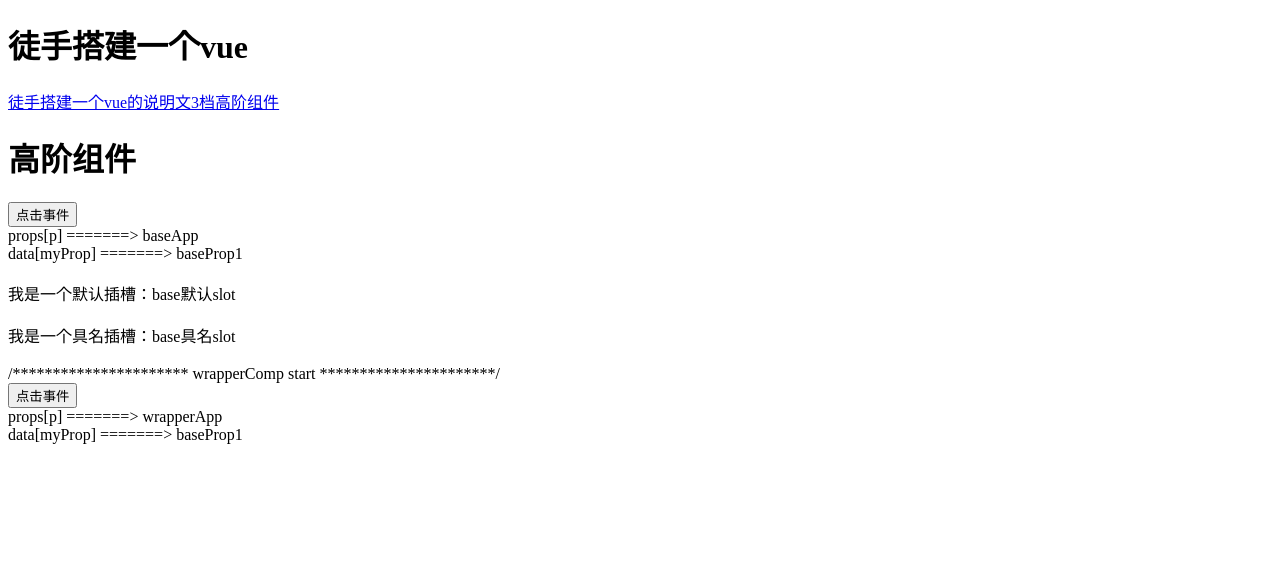
Repository: yuWhy/vue-build-cli
Page: /#/hightOrderComponents
These files come from the project's save history. The page is drawn as it stood at one moment and after the next save; the edit follows.
The browser window is 1280 px wide. The pictures show the whole page.
The project was rebuilt for these pictures with package versions that can differ from the ones it lists, and the page was loaded fresh each time. Also part of the build but not shown: webpack.config.js, src/router/index.js.

Above is the page before, as saved 2021-02-22 10:56:39.

### index.html
<!DOCTYPE html>
<html lang="en">

<head>
  <meta charset="utf-8">
  <meta http-equiv="X-UA-Compatible" content="IE=edge">
  <meta name="viewport" content="width=device-width,initial-scale=1.0">
</head>

<body>
  <div id="app"></div>
</body>

</html>

### src/main.js
import Vue from 'vue'
import App from "./App.vue"
import router from './router/index.js'

new Vue({
  el: '#app',
  router,
  render: h => h(App)
})

### src/App.vue
<template>
  <div id="app">
    <h1>{{msg}}</h1>
    <router-link to="vueBuild">徒手搭建一个vue的说明文3档</router-link>
    <router-link to="hightOrderComponents">高阶组件</router-link>
    <router-view></router-view>
  </div>
</template>

<script>
export default {
  name: 'App',
  data() {
    return {
      msg: '徒手搭建一个vue'
    }
  }
}
</script>

### src/pages/HightOrderComponents/index.vue
<template>
  <div>
    <h1>高阶组件</h1>
    <baseComp @handle-click="handle" p="baseApp">
      <div>我是一个默认插槽：base默认slot</div>
      <template v-slot:sname>
        <div>我是一个具名插槽：base具名slot</div>
      </template>
    </baseComp>
     <br />
    /********************** wrapperComp start **********************/
    <br />
    <wrapperComp @handle-click="handle" p="wrapperApp">
      <div>我是一个默认插槽：wrappe默认slot</div>
      <template v-slot:sname>
        <div>我是一个具名插槽：wrappe具名slot</div>
      </template>
    </wrapperComp>
  </div>
</template>

<script>
import baseComp from './components/baseComp.vue'
import hoc from './components/hoc.js'
const wrapperComp = hoc(baseComp)
export default {
  name: 'hightOrderComponents',
  components: { baseComp, wrapperComp },
  methods: {
    handle() {
      alert('tyty')
    }
  }
}
</script>

### src/pages/HightOrderComponents/components/baseComp.vue
<template>
  <div>
    <button @click="$emit('handle-click')">点击事件</button><br>
    props[p] =======> {{p}} <br>
    data[myProp] =======> {{myProp}}<br><br>
    <slot /><br>
    <slot name="sname" />
  </div>
</template>
<script>
export default {
  props: ['p'],
  components: {},
  data() {
    return {
      myProp: 'baseProp1'
    }
  },
  created() {},
  methods: {},
  mounted() {},
  computed: {}
}
</script>

### src/pages/HightOrderComponents/components/hoc.js
export default function Wrapper(baseComp) {
  return {
    data() {
      return {}
    },
    mounted() {},
    render(h) {
      let scopedSlots = {};
      let $slots = this.$slots;
      Object.keys($slots).map((key) => (scopedSlots[key] = () => $slots[key]))
      return h(baseComp, {
        on: this.$listeners,
        attrs: this.$attrs,
        props: this.$props
      })
    }
  }
}

After the next save:
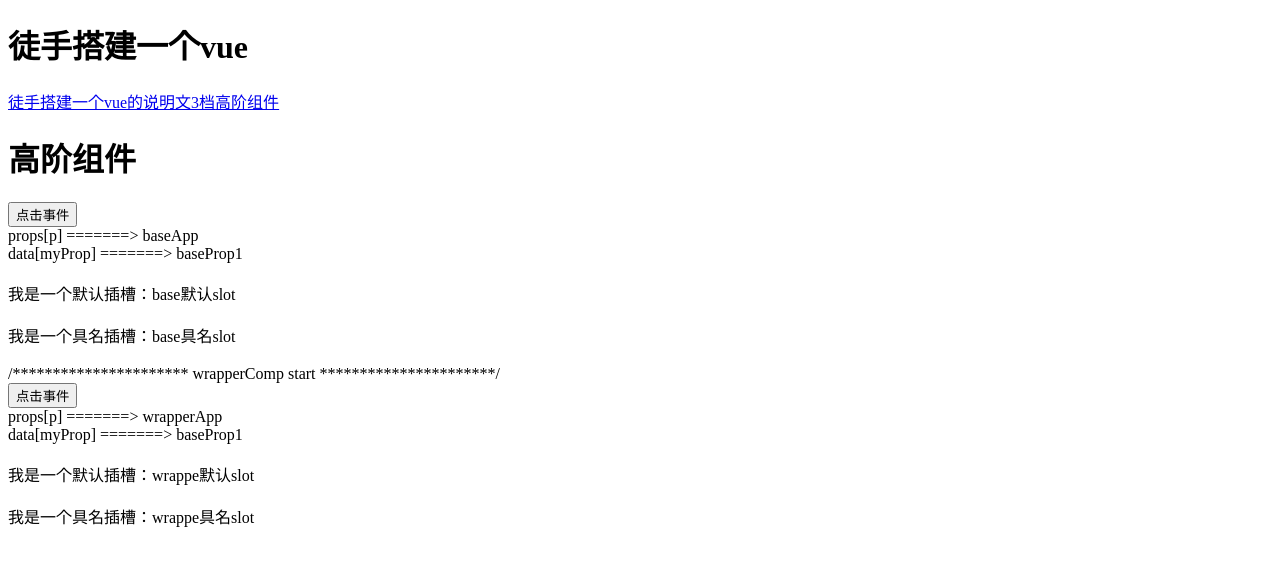
Saved 24 s later.
--- a/src/pages/HightOrderComponents/components/hoc.js
+++ b/src/pages/HightOrderComponents/components/hoc.js
@@ -11,7 +11,8 @@ export default function Wrapper(baseComp) {
       return h(baseComp, {
         on: this.$listeners,
         attrs: this.$attrs,
-        props: this.$props
+        props: this.$props,
+        scopedSlots
       })
     }
   }
